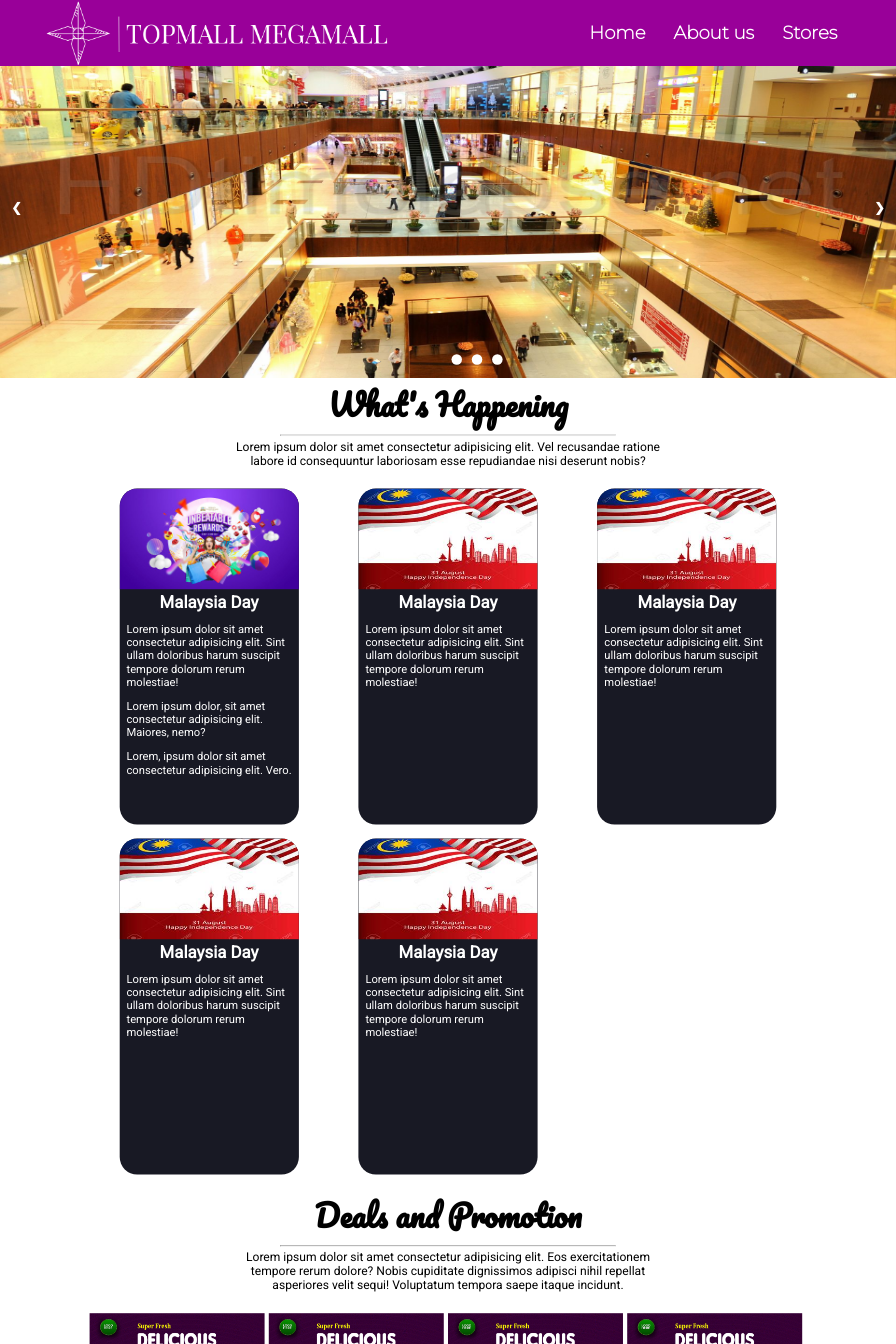
Repository: Jack0Bong/Web-Dev-Assignment
Page: index.html
An editor plug-in stored every save of this project. The page is shown before and after the next save, followed by the edit.
The browser window is 1280 px wide. The pictures show the part of the page from y = 0 to 1920 px (the page is 2857 px tall), at 70% of full size.

Above is the page before, as saved 2021-09-02 13:49:21.

### index.html
<!DOCTYPE html>
<html lang="en">
    <head>
        <meta charset="UTF-8">
        <meta http-equiv="X-UA-Compatible" content="IE=edge">
        <meta name="viewport" content="width=device-width, initial-scale=1.0">
        <title>Topmall Megamall</title>

        <!-- fonts link -->
        <link href="https://fonts.googleapis.com/css2?family=Montserrat:wght@200&display=swap" rel="stylesheet">
        <link href="https://fonts.googleapis.com/css2?family=Pacifico&display=swap" rel="stylesheet">
        <link href="https://fonts.googleapis.com/css2?family=Caveat&family=Pacifico&display=swap" rel="stylesheet">
        <link href="https://fonts.googleapis.com/css2?family=Roboto&display=swap" rel="stylesheet">
        <link href="https://fonts.googleapis.com/css2?family=Poppins:wght@200&display=swap" rel="stylesheet">
        <link href="https://fonts.googleapis.com/css2?family=Noto+Sans+TC:wght@300&display=swap" rel="stylesheet">

        <!-- icon link -->
        <link rel="stylesheet" href="https://cdnjs.cloudflare.com/ajax/libs/font-awesome/4.7.0/css/font-awesome.min.css">

        <!-- style sheets link -->
        <link rel="stylesheet" href="css/navbar.css">
        <link rel="stylesheet" href="css/index.css">
    </head>
<body>
    <!-- navigation bar -->
    <nav class="nav">
        <img src="Assets/topmall-white.png" alt="Topmall" class="logo">
        <ul class="navlist">
            <!-- links added here -->
            <li><a href="" class="navlink">Home</a></li>
            <li><a href="" class="navlink">About us</a></li>
            <li><a href="" class="navlink">Stores</a></li>
        </ul>
    </nav>

    <!-- carousel with three images -->
    <section>
        <div class="carousel">

            <div class="slides fade">
                <img src="Assets/slide-one.jpg" alt="">
                <div class="slideText">Slide One</div>
            </div>

            <div class="slides fade">
                <img src="Assets/slide-two.jpg" alt="">
                <div class="slideText">Slide One</div>
            </div>

            <div class="slides fade">
                <img src="Assets/slide-three.jpg" alt="">
                <div class="slideText">Slide One</div>
            </div>

            <a onclick="slideController(-1)" class="prevslide">&#10094;</a>
            <a onclick="slideController(1)" class="nextslide">&#10095;</a>

            <div class="slidedot">
                <span onclick="dotController(1)" class="dot"></span>
                <span onclick="dotController(2)" class="dot"></span>
                <span onclick="dotController(3)" class="dot"></span>
            </div>

        </div>
    </section>

    <section class="events-section">
        <div class="section-title">
            <h1>What's Happening</h1>
            <hr>
            <p>Lorem ipsum dolor sit amet consectetur adipisicing elit. Vel recusandae ratione labore id consequuntur laboriosam esse repudiandae nisi deserunt nobis?</p>
        </div>

        <div class="card-view">

            <div class="card">
                <img src="Assets/event-two.jpg" alt="">
                <h2>Malaysia Day</h2>
                <p>Lorem ipsum dolor sit amet consectetur adipisicing elit. Sint ullam doloribus harum suscipit tempore dolorum rerum molestiae!</p>
                <p>Lorem ipsum dolor, sit amet consectetur adipisicing elit. Maiores, nemo?</p>
                <p>Lorem, ipsum dolor sit amet consectetur adipisicing elit. Vero.</p>
            </div>
            <div class="card">
                <img src="Assets/event-one.jpg" alt="">
                <h2>Malaysia Day</h2>
                <p>Lorem ipsum dolor sit amet consectetur adipisicing elit. Sint ullam doloribus harum suscipit tempore dolorum rerum molestiae!</p>
            </div>
            <div class="card">
                <img src="Assets/event-one.jpg" alt="">
                <h2>Malaysia Day</h2>
                <p>Lorem ipsum dolor sit amet consectetur adipisicing elit. Sint ullam doloribus harum suscipit tempore dolorum rerum molestiae!</p>
            </div>
            <div class="card">
                <img src="Assets/event-one.jpg" alt="">
                <h2>Malaysia Day</h2>
                <p>Lorem ipsum dolor sit amet consectetur adipisicing elit. Sint ullam doloribus harum suscipit tempore dolorum rerum molestiae!</p>
            </div>
            <div class="card">
                <img src="Assets/event-one.jpg" alt="">
                <h2>Malaysia Day</h2>
                <p>Lorem ipsum dolor sit amet consectetur adipisicing elit. Sint ullam doloribus harum suscipit tempore dolorum rerum molestiae!</p>
            </div>

        </div>
    </section>

    <section class="promotion-section">
        <div class="section-title">
            <h1>Deals and Promotion</h1>
            <hr>
            <p>Lorem ipsum dolor sit amet consectetur adipisicing elit. Eos exercitationem tempore rerum dolore? Nobis cupiditate dignissimos adipisci nihil repellat asperiores velit sequi! Voluptatum tempora saepe itaque incidunt.</p>
        </div>

        <div class="box-view">

            <div class="box">
                <img src="Assets/promo-one.jpg" alt="">
            </div>
            <div class="box">
                <img src="Assets/promo-one.jpg" alt="">
            </div>
            <div class="box">
                <img src="Assets/promo-one.jpg" alt="">
            </div>
            <div class="box">
                <img src="Assets/promo-one.jpg" alt="">
            </div>
            <div class="box">
                <img src="Assets/promo-one.jpg" alt="">
            </div>
            <div class="box">
                <img src="Assets/promo-one.jpg" alt="">
            </div>
            <div class="box">
                <img src="Assets/promo-one.jpg" alt="">
            </div>
            <div class="box">
                <img src="Assets/promo-one.jpg" alt="">
            </div>

        </div>
    </section>


    <!-- footer element -->
    <footer>
        <div class="footer-upper">
            <div class="footer-content">
                <h1 class="footer-title">Quick Links</h1>
                <a href="">Home</a>
                <a href="">About Us</a>
                <a href="">Stores</a>
            </div>
            <div class="footer-content">
                <h1 class="footer-title">Operating Hours</h1>
                <span style="font-size: 0.75em;">MONDAY - FRIDAY</span>
                <h2>10:00 AM - 10:00 PM</h2>
                <span style="font-size: 0.75em;">SATURDAY - SUNDAY</span>
                <h2>10:00 AM - 11:00 PM</h2>
            </div>
            <div class="footer-content">
                <h1 class="footer-title">Contact Info</h1>
                <span>Customer serivce Centre</span>
                <a href="tel:0123456789">+60123456789</a>
                <a href="mailto:someone@example.com">Email: management@topmall.com</a>
            </div>
            <hr>
        </div>
        <div class="footer-lower">
            <div class="footer-email">
                <span style="color: white;">Sign up for Topmall Newsletter</span>
                <form action="" method="post"> <input type="email" name="" id=""> <button type="submit" style="background-color:black;border:none;font-size: 0.5em;"><i class="fa fa-paper-plane"></i></button> </form>
            </div>
            <div class="footer-social">
                <a href="" class="fa fa-facebook-square"></a>
                <a href="" class="fa fa-twitter-square"></a>
                <a href="" class="fa fa-youtube-square"></a>
                <a href="" class="fa fa-instagram"></a>
                <a href="" class="fa fa-reddit"></a>
            </div>
        </div>
    </footer>


    <script src="Js/navbar.js"></script>
    <script src="Js/carousel.js"></script>
</body>
</html>

### css/navbar.css
*{
    padding: 0px;
    margin: 0px;
    box-sizing: border-box;
}

body{
    min-height: 100vh;
    display: flex;
    flex-direction: column;
}


/* Navigation bar style */
nav{
    position: fixed;
    width: 100%;
    height: 13vh;
    display: flex;
    justify-content: space-between;
    transition: 0.3s ease-in-out;
    background-color: #990099;
    opacity: 80%;
    z-index: 999;
}

nav:hover{
    width: 100%;
    height: 13vh;
    opacity: 100%;
}

.shrink{
    height: 9vh;
    background-color: #990099;
}

.logo{
    padding-left: 5vw;
}

.navlist{
    display: flex;
    align-items: center;
    padding-right: 5vw;
}

.navlist li{
    list-style: none;
    padding: 0px 20px;
}

.navlink{
    position: relative;
    color: white;
    font-size: 26px;
    font-weight: 700;
    text-decoration: none;
    font-family: montserrat;
}

.navlink:hover {
    color: white;
}

.navlink::before {
    content: "";
    position: absolute;
    display: block;
    width: 100%;
    height: 2px;
    bottom: 0;
    left: 0;
    background-color: white;
    transform: scaleX(0);
    transition: transform 0.3s ease;
  }

.navlink:hover::before {
    transform: scaleX(1);
}

.navbar-padding{
    width: 100%;
    height: 13vh;
}


/* footer styling */
footer{
    margin-top: auto;
    background-color: black;
    height: 50vh;
}

.footer-upper{
    width: 80%;
    display: flex;
    flex-direction: row;
    justify-content: start;
    margin-left: 10%;
    flex-wrap: wrap;
}

.footer-content{
    display: flex;
    flex-direction: column;
    margin-top: 3vh;
    color: white;
    font-family: 'Noto Sans TC', sans-serif;
    margin-right: 18%;
}

.footer-title{
    margin-bottom: 15%;
    font-size: 1.2em;
}

.footer-content a{
    font-size: 0.9em;
    text-decoration: none;
    color: white;
    padding: 3px 0px 3px 0px;
}

.footer-content span{
    padding: 3px 0px 3px 0px;
    font-size: 0.9em;
    font-family: 'Noto Sans TC', sans-serif;
}

.footer-content h2{
    font-size: 0.9em;
}

.footer-upper hr{
    margin: 3% 0px 3% 0px;
    flex-basis: 100%;
    border: none;
    border-top: 0.1px solid white;
}

.footer-lower{
    width: 80%;
    display: flex;
    flex-direction: row;
    justify-content: space-between;
    margin-left: 10%;
    flex-wrap: wrap;
}

.footer-email{
    font-family: 'Noto Sans TC', sans-serif;
}

.footer-email form{
    display: inline;
    width: fit-content;
}


.footer-social a{
    text-decoration: none;
}

.fa{
    color: white;
    font-size: 2em;
}

### css/index.css
/* Carousel css */
.carousel{
    position: relative;
    width: 100%;
    height: 75vh;
}

.slides{
    display: none;
    width: 100%;
    height: 100%;
}

.slides img{
    width: 100%;
    height: 100%;
}

.prevslide,.nextslide{
    position: absolute;
    top: 50%;
    width: auto;
    padding: 16px;
    color: white;
    font-weight: bold;
    font-size: 18px;
    transition: 0.6s ease;
    border-radius: 0 3px 3px 0;
    user-select: none;
}

.nextslide{
    right: 0%;
    border-radius: 3px 0 0 3px;
}

.slideText{
    display: none;
}

.slidedot{
    position: absolute;
    bottom: 10px;
    display: inline;
    margin-left: 50%;
}

.dot{
    position: relative;
    cursor: pointer;
    height: 15px;
    width: 15px;
    margin: 5px;
    background-color: white;
    border-radius: 50%;
    display: inline-block;
    transition: background-color 0.6s ease;
}

.active, .dot:hover{
    background-color: #bbb;
}

.fade {
    -webkit-animation-name: fade;
    -webkit-animation-duration: 1.5s;
    animation-name: fade;
    animation-duration: 1.5s;
  }

@-webkit-keyframes fade {
from {opacity: .4}
to {opacity: 1}
}

@keyframes fade {
from {opacity: .4}
to {opacity: 1}
}



/* Events section styling */
.events-section{
    width: 100%;
}

.section-title{
    font-family: pacifico;
    font-size: 1.8em;
    text-align: center;
    width: 50%;
    margin: auto;
}

.section-title p{
    font-size: 0.6em;
    font-family: roboto;
    margin-bottom: 30px;
}

.section-title hr{
    width: 75%;
    margin: 5px auto 5px auto;
}

.card-view{
    display: grid;
    grid-template-columns: repeat(3, 1fr);
    grid-auto-rows: auto;
    width: 80%;
    margin: auto;
}

.card{
    margin: 0 auto 20px auto;
    width: 75%;
    min-height: 480px;
    background-color: #181924;
    color: white;
    font-family: roboto;
    border-radius: 25px;
}

.card img{
    width: 100%;
    object-fit: cover;
    border-radius: 25px 25px 0 0;
}

.card h2{
    text-align: center;
}

.card p{
    text-overflow: clip;
    margin: 15px 10px 0px 10px;
}


/* promotion section styling */
.box-view{
    display: grid;
    grid-template-columns: repeat(4, 1fr);
    grid-auto-rows: auto;
    width: 80%;
    margin: auto;
}

.box{
    width: 250px;
    height: 250px;
    margin-bottom: 30px;
}

.box img{
    width: 250px;
    object-fit: cover;
}

### Js/navbar.js
window.addEventListener("scroll", (event) => {
    let scroll = this.scrollY;
    let navbar = document.querySelector('.nav');
    if(scroll >= 100){
        navbar.classList.add("shrink")
    }else{
        navbar.classList.remove("shrink");
    }
});

### Js/carousel.js
let slideIndex = 1;
displaySlide(slideIndex);


function slideController(n){
    displaySlide(slideIndex+= n)
}

function dotController(n){
    slideIndex = n;
    displaySlide(slideIndex);
}

function displaySlide(n){
    let slides = document.querySelectorAll(".slides");
    if(n > slides.length){ slideIndex = 1}
    if(n < 1){ slideIndex = 3}

    for(let i = 0; i < slides.length;i++){
        slides[i].style.display="none";
    }

    slides[slideIndex-1].style.display = "block";

}

After the next save:
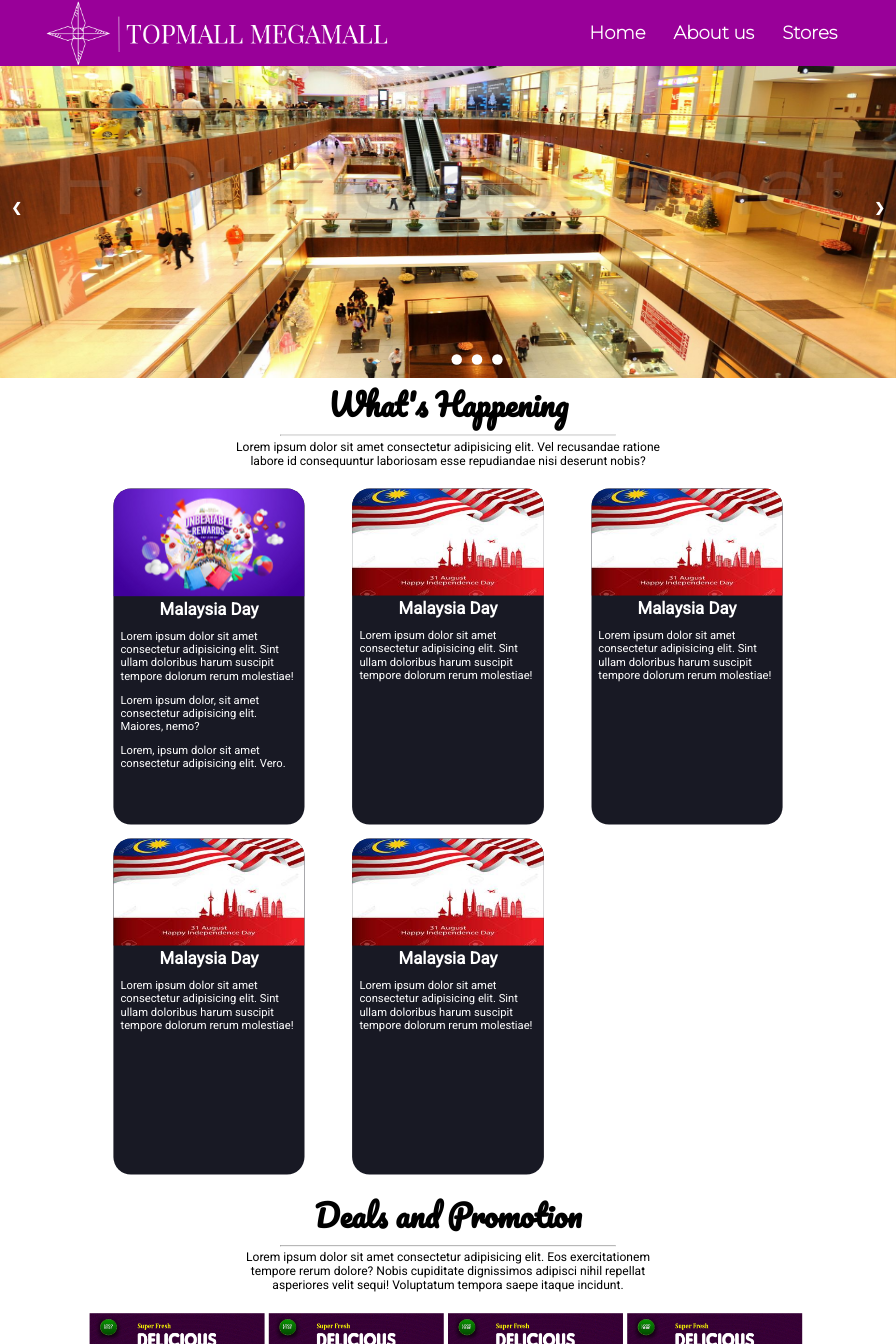
Saved 2 min 11 s later.
--- a/css/index.css
+++ b/css/index.css
@@ -114,7 +114,7 @@ to {opacity: 1}
 
 .card{
     margin: 0 auto 20px auto;
-    width: 75%;
+    width: 80%;
     min-height: 480px;
     background-color: #181924;
     color: white;
